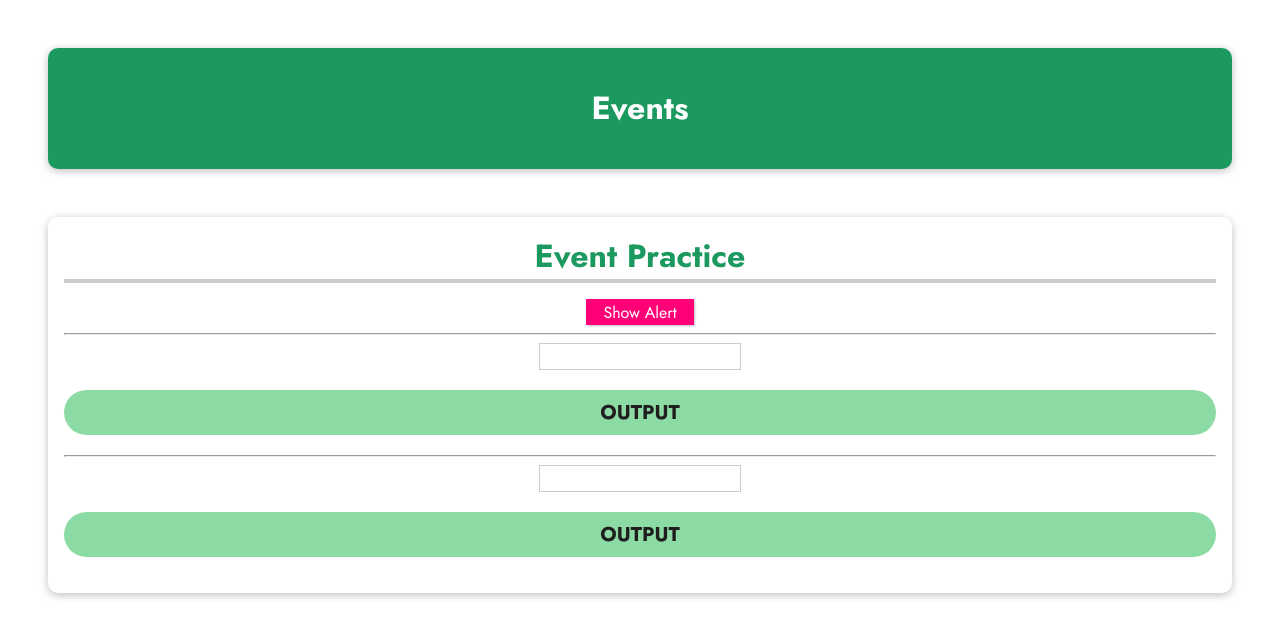
Repository: zmarkoni/Vue-The-Complete-Guide
Page: basics-assignment-2-problem/index.html
The author's editor kept a copy of each file at every save. The page is drawn from the files as they stood at one save, then again after the next save.
The browser window is 1280 px wide. The pictures show the whole page.

Above is the page before, as saved 2020-12-30 10:33:07.

After the next save:
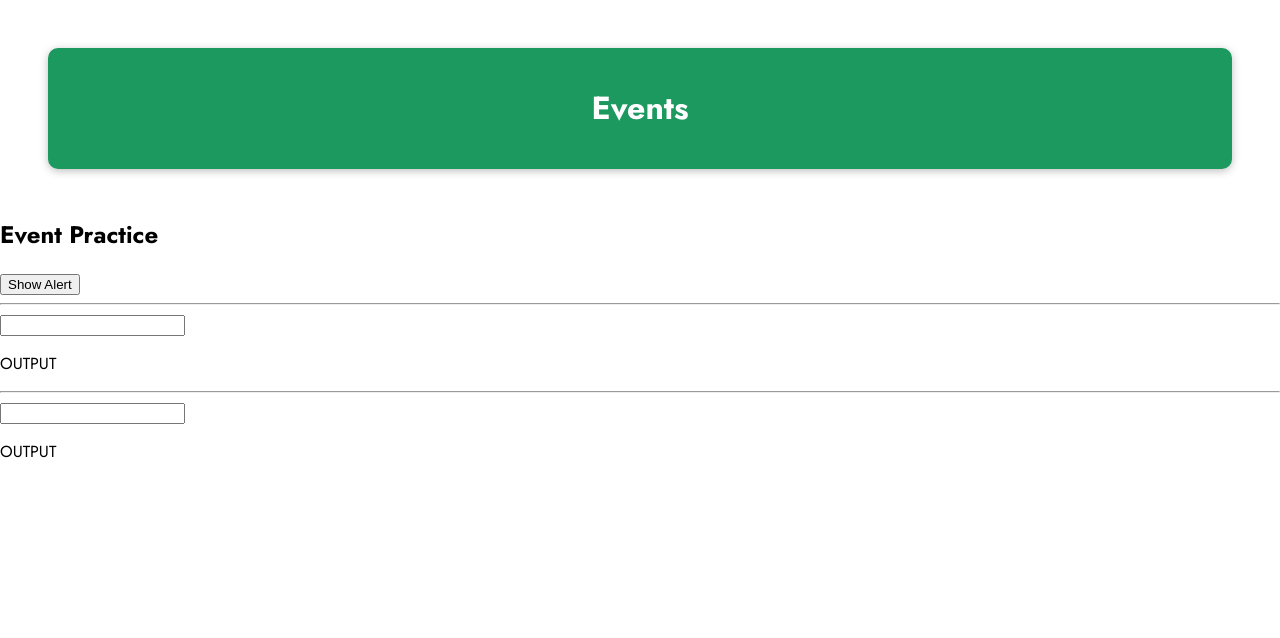
Saved 2 s later.
--- a/basics-assignment-2-problem/index.html
+++ b/basics-assignment-2-problem/index.html
@@ -16,7 +16,7 @@
     <header>
       <h1>Events</h1>
     </header>
-    <section id="assignment">
+    <section id="assignment2">
       <h2>Event Practice</h2>
       <!-- 1) Show an alert (any text of your choice) when the button is pressed -->
       <button>Show Alert</button>
